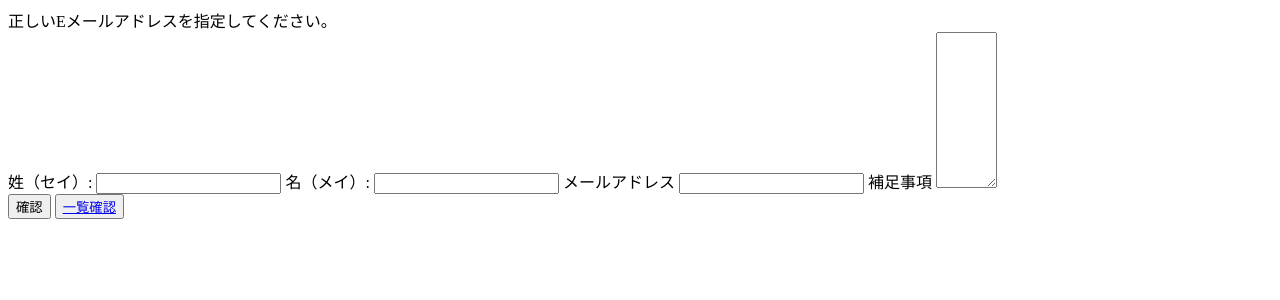
Repository: yoshiryoryo/phpform2
Page: http://localhost/validate.php
These files come from the project's save history. The page is drawn as it stood at one moment and after a run of saves; the edit follows.
The browser window is 1280 px wide. The pictures show the whole page.
The page is run by PHP 8.4 with error messages shown; the project is at /var/www/html/.

Above is the page before, as saved 2021-03-05 12:14:51.

### validate.php
<?php
// セッションIDは個人を識別するために必要なID
session_start();
function generateToken()
{
    // セキュリティ上他者からの予測を困難にするため、乱数を設定する
    $bytes = openssl_random_pseudo_bytes(16);
    return bin2hex($bytes);
}
$token = generateToken();
$_SESSION['token'] = $token;

// バリデーション
// 使用する変数を初期化
$sei = '';
$mei = '';
$email = '';
$text = '';

// エラー内容
$errorssei1 = '';
$errorssei2 = '';
$errorsmei1 = '';
$errorsmei2 = '';


// 姓（セイ）の場合
if(empty($sei)){
    $errorssei1 = '姓（セイ）は必須項目です。';
  } elseif (preg_match("/^[ァ-ヶー]+$/u", $sei)) {
    $errorssei2 =  '全角カナで入力してください。';
  }

// 名（メイ）の場合
if(empty($mei)){
    $errorsmei1 =  '名（セイ）は必須項目です。';
  } elseif (preg_match("/^[ァ-ヶー]+$/u", $mei)) {
    $errorsmei2 =  '全角カナで入力してください。';
  }

// メールアドレスの場合
if(!filter_var($email, FILTER_VALIDATE_EMAIL)){
  echo '正しいEメールアドレスを指定してください。';
}
?>

<!DOCTYPE html>
<html lang="ja">
<head>
    <meta charset="UTF-8">
    <meta http-equiv="X-UA-Compatible" content="IE=edge">
    <meta name="viewport" content="width=device-width, initial-scale=1.0">
    <title>Document</title>
</head>
<body>
    <form action="confirm.php" method="get">
      <div>
        <tr>
            <th>姓（セイ）:</th>
            <td><input type="text" name="sei"></td>
        </tr>
        <tr>
            <th>名（メイ）:</th>
            <td><input type="text" name="mei"></td>
        </tr>
        <tr>
            <th>メールアドレス</th>
            <td><input type="text" name="email"></td>
        </tr>
        <tr>
            <th>補足事項</th>
            <td><textarea name="text" id="" cols="5" rows="10"></textarea></td>
        </tr>
      </div>
      <button type="submit" name="confirm" value="send">確認</button>
      <button><a href="member.php">一覧確認</a></button>
    </form>
</body>
</html>

After the next 2 saves:
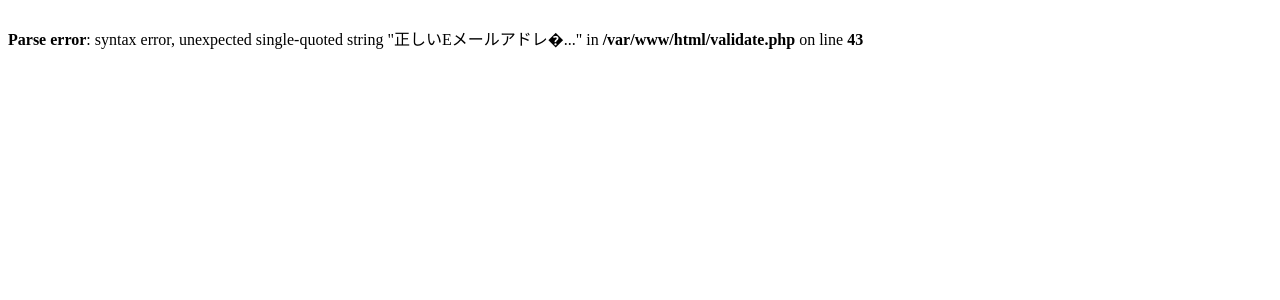
The 2 saves are shown as one change because they came seconds apart.
The last was saved 16 s later.
--- a/validate.php
+++ b/validate.php
@@ -40,7 +40,7 @@ if(empty($mei)){
 
 // メールアドレスの場合
 if(!filter_var($email, FILTER_VALIDATE_EMAIL)){
-  echo '正しいEメールアドレスを指定してください。';
+  erors '正しいEメールアドレスを指定してください。';
 }
 ?>
 
